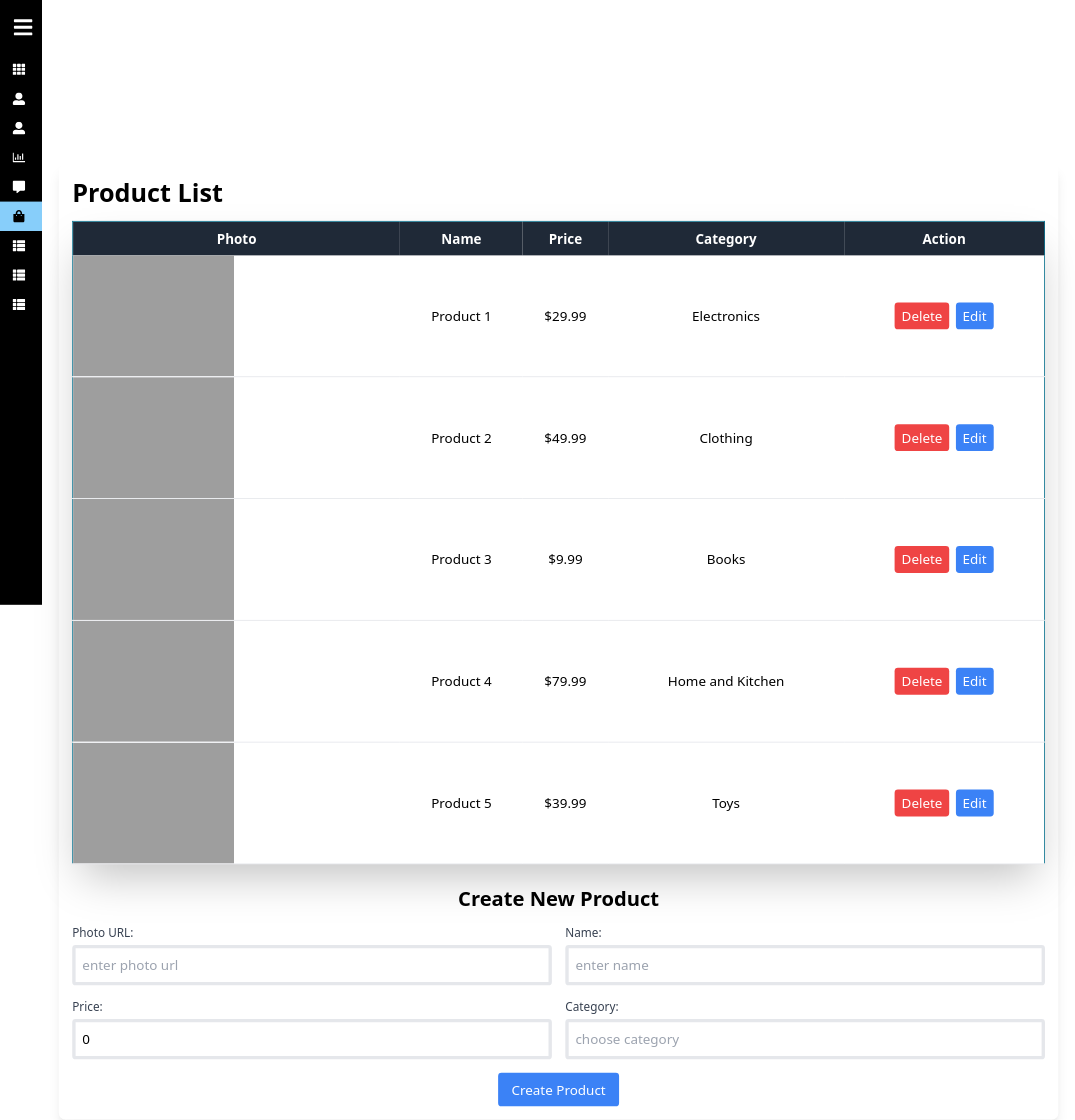
Repository: AndargWorku12/admin-dashboard
Page: /product
The author's editor kept a copy of each file at every save. The page is drawn from the files as they stood at one save, then again after the next save.
The browser window is 1280 px wide. The pictures show the whole page, at 84% of full size.
Pictures or frames that could not be fetched are drawn as grey boxes. The project was rebuilt for these pictures with package versions that can differ from the ones it lists, and the page was loaded fresh each time. Also part of the build but not shown: src/pages/Dashboard.tsx, src/pages/Orders.tsx, src/pages/Category.tsx, src/pages/Login.tsx, src/pages/Analytics.tsx, src/pages/CustemerReview.tsx, src/pages/ShopCard.tsx, src/pages/SignUpForm.tsx.

Above is the page before, as saved 2024-01-25 23:59:40.

### src/index.tsx
import { ColorModeScript } from "@chakra-ui/react"
import * as React from "react"
import * as ReactDOM from "react-dom/client"
import App from "./App"
import './index.css'

const container = document.getElementById("root")
if (!container) throw new Error('Failed to find the root element');
const root = ReactDOM.createRoot(container)

root.render(

  <React.StrictMode>
    <ColorModeScript />
    <App />
  </React.StrictMode>,

)

### src/App.tsx

import React, {useState} from 'react';
import { BrowserRouter, Route, Routes } from 'react-router-dom';
import Sidebar from './components/Sidebar';
import Dashboard from './pages/Dashboard';
// import SignUpForm from './pages/LoginPopup'
import Orders from './pages/Orders';
import Category from './pages/Category';
import Login from './pages/Login'
import Analytics from './pages/Analytics';
import CustemerReview from './pages/CustemerReview';
import ProductList from './pages/ProductList';
import ShopCard from './pages/ShopCard';
import './App.css'
import SignUpForm from './pages/SignUpForm';




type SaleData = {
  date: string;
  amount: number;
};

type RevenueData = {
  month: string;
  revenue: number;
};

type Product = {
    id: string;
    photo: string;
    name: string;
    price: number;
    category: string;
};

type Order = {
    id: string;
    productName: string;
    quantity: number;
    totalPrice: number;

};

type CategoryType = {
  id: string;
  photo:string;
  name: string;
};



// Sample props for components
type DashboardProps = {
  saleData: SaleData[];
  revenueData: RevenueData[];
  // ... other props
};

type AnalyticsProps = {
  salesData: SaleData[];
  // ... other props
};

type ProductProps = {
  products: Product[];
  onUpdate: (productId: string, updatedProduct: Product) => void;

};




type OrderProps = {
  orders: Order[];
  // ... other props
};

type CategoryProps = {
  categories: CategoryType[];
  // ... other props
};







const App: React.FC = () => {


// for the product page to handle
  const [products, setProducts] = useState<Product[]>([


    {
      id: '1',
      photo: 'https://img.ltwebstatic.com/images3_pi/2022/01/10/16417919016a32607182dd11dedeb77e8324b683e8_thumbnail_900x.webp',
      name: 'Product 1',
      price: 29.99,
      category: 'Electronics',
    },
    {
      id: '2',
      photo: 'https://img.ltwebstatic.com/images3_pi/2022/01/10/16417919016a32607182dd11dedeb77e8324b683e8_thumbnail_900x.webp',
      name: 'Product 2',
      price: 49.99,
      category: 'Clothing',
    },
    {
      id: '3',
      photo: 'https://img.ltwebstatic.com/images3_pi/2022/01/10/16417919016a32607182dd11dedeb77e8324b683e8_thumbnail_900x.webp',
      name: 'Product 3',
      price: 9.99,
      category: 'Books',
    },
    {
      id: '4',
      photo: 'https://img.ltwebstatic.com/images3_pi/2022/01/10/16417919016a32607182dd11dedeb77e8324b683e8_thumbnail_900x.webp',
      name: 'Product 4',
      price: 79.99,
      category: 'Home and Kitchen',
    },
    {
      id: '5',
      photo: 'https://img.ltwebstatic.com/images3_pi/2022/01/10/16417919016a32607182dd11dedeb77e8324b683e8_thumbnail_900x.webp',
      name: 'Product 5',
      price: 39.99,
      category: 'Toys',
    },



  ]);

  // Function to handle creating a new product
  const handleCreate = (newProduct: Product) => {
    setProducts((prevProducts) => [...prevProducts, newProduct]);
  };

  // Function to handle updating a product

  const handleUpdate = (productId: string, newName: string, newPrice: number) => {
    setProducts((prevProducts) =>
      prevProducts.map((product) =>
        product.id === productId
          ? { ...product, name: newName, price: newPrice }
          : product
      )
    );
  };



  // Function to handle deleting a product
  const handleDelete = (productId: string) => {
    setProducts((prevProducts) => prevProducts.filter((product) => product.id !== productId));
  };

//  for AnalyticsPage
// for category page


const [categories, setCategories] = useState<CategoryType[]>([
  {
    id: '1',
    photo: 'https://plus.unsplash.com/premium_photo-1661662850226-83c981ed4eba?w=500&auto=format&fit=crop&q=60&ixlib=rb-4.0.3&ixid=M3wxMjA3fDB8MHxzZWFyY2h8MXx8bGFwdG9wJTIwY29tcHV0ZXJ8ZW58MHx8MHx8fDA%3D',
    name: 'Category 1',
  },
  {
    id: '2',
    photo: 'https://plus.unsplash.com/premium_photo-1661662850226-83c981ed4eba?w=500&auto=format&fit=crop&q=60&ixlib=rb-4.0.3&ixid=M3wxMjA3fDB8MHxzZWFyY2h8MXx8bGFwdG9wJTIwY29tcHV0ZXJ8ZW58MHx8MHx8fDA%3D',
    name: 'Category 2',
  },
  {
    id: '3',
    photo: 'https://plus.unsplash.com/premium_photo-1661662850226-83c981ed4eba?w=500&auto=format&fit=crop&q=60&ixlib=rb-4.0.3&ixid=M3wxMjA3fDB8MHxzZWFyY2h8MXx8bGFwdG9wJTIwY29tcHV0ZXJ8ZW58MHx8MHx8fDA%3D',
    name: 'Category 3',
  },
  {
    id: '4',
    photo: 'https://plus.unsplash.com/premium_photo-1661662850226-83c981ed4eba?w=500&auto=format&fit=crop&q=60&ixlib=rb-4.0.3&ixid=M3wxMjA3fDB8MHxzZWFyY2h8MXx8bGFwdG9wJTIwY29tcHV0ZXJ8ZW58MHx8MHx8fDA%3D',
    name: 'Category 4',
  },

]);

// Function to handle creating a new category
// const handleCreateCategory = (newCategory: CategoryType) => {
//   setCategories((prevCategories) => [...prevCategories, newCategory]);
// };
const handleCreateCategory = (newCategory: CategoryType) => {
  // Add the new category to the list of categories
  setCategories((prevCategories) => [...prevCategories, newCategory]);
};

const handleUpdateCategory = (categoryId: string, newName: string) => {
  setCategories((prevCategories) =>
    prevCategories.map((category) =>
      category.id === categoryId ? { ...category, name: newName } : category
    )
  );
};

// Function to handle deleting a category
const handleDeleteCategory = (categoryId: string) => {
  setCategories((prevCategories) => prevCategories.filter((category) => category.id !== categoryId));
};

  const saleData: SaleData[] = [
    { date: '2022-01-01', amount: 100 },
    { date: '2022-01-02', amount: 150 },
    { date: '2022-01-03', amount: 200 },
    { date: '2022-01-04', amount: 120 },
    { date: '2022-01-05', amount: 180 },
    { date: '2022-01-06', amount: 90 },
    { date: '2022-01-07', amount: 110 },
    { date: '2022-01-08', amount: 130 },
    { date: '2022-01-09', amount: 170 },
    { date: '2022-01-10', amount: 160 },
  ];

  const revenueData: RevenueData[] = [
    { month: 'January', revenue: 500 },
    { month: 'February', revenue: 700 },
    { month: 'March', revenue: 600 },
    { month: 'April', revenue: 800 },
    { month: 'May', revenue: 900 },
    { month: 'June', revenue: 750 },
    { month: 'July', revenue: 850 },
    { month: 'August', revenue: 950 },
    { month: 'September', revenue: 700 },
    { month: 'October', revenue: 850 },
  ];


   const [orders, setOrders] = useState<Order[]>([
    {
      id: '1',
      productName: 'Laptop',
      quantity: 2,
      totalPrice: 2000,
    },
    {
      id: '2',
      productName: 'Smartphone',
      quantity: 3,
      totalPrice: 1200,
    },
    {
      id: '3',
      productName: 'Headphones',
      quantity: 1,
      totalPrice: 100,
    },
    {
      id: '4',
      productName: 'Camera',
      quantity: 1,
      totalPrice: 800,
    },

   ]);

  // Function to create a new order
  const handleCreateOrder = (newOrder: Order) => {
    setOrders((prevOrders) => [...prevOrders, newOrder]);
  };

  // Function to delete an order
  const handleDeleteOrder = (orderId: string) => {
    const updatedOrders = orders.filter(order => order.id !== orderId);
    setOrders(updatedOrders);
  };

  // Function to update an order
  const handleUpdateOrder = (orderId: string, updatedOrder: Order) => {
    // Placeholder implementation: Updating the order in the list
    setOrders((prevOrders) =>
      prevOrders.map((order) =>
        order.id === orderId ? { ...order, ...updatedOrder } : order
      )
    );
  };

  return (
    <BrowserRouter>
    <Sidebar>
      <Routes>
        <Route path="/" element={<Dashboard saleData={saleData} revenueData={revenueData} />} />
        <Route path="/dashboard" element={<Dashboard saleData={saleData} revenueData={revenueData} />} />
       <Route path="/login" element={<Login/>}/>
        <Route path="/signup" element={<SignUpForm />} />
        <Route path="/review"element={<CustemerReview username="John" joinedDate="2022-01-01" reviewDate="2022-01-15" reviewText="Lorem ipsum" />}
/>

        <Route path="/analytics" element={<Analytics saleData={saleData} />} />
        <Route
  path="/product"
  element={<ProductList products={products} onCreate={handleCreate} onDelete={handleDelete} onUpdate={handleUpdate} />}
/>
        <Route path="/shop" element={<ShopCard />} />
        <Route
        path="/orders"
        element={
          <Orders
  orders={orders}
  onCreateOrder={handleCreateOrder}
  onDeleteOrder={handleDeleteOrder}
  onUpdateOrder={handleUpdateOrder}
/>
        }
      />

        <Route
            path="/category"
            element={<Category
              categories={categories}
              onCreate={handleCreateCategory}
              onDelete={handleDeleteCategory}
              onUpdate={handleUpdateCategory}
            />}
          />

      </Routes>
    </Sidebar>
  </BrowserRouter>
  );
};

export default App;

### src/components/Sidebar.tsx
import React, { useState } from 'react';
import ReactNode from "react";
import {
    FaTh,
    FaBars,
    FaUserAlt,
    FaRegChartBar,
    FaCommentAlt,
    FaShoppingBag,
    FaThList
} from 'react-icons/fa';
import { NavLink, NavLinkProps } from 'react-router-dom';



interface MenuItem {
    path: string;
    name: string;
    icon: JSX.Element;
}

interface SidebarProps {
  children: React.ReactNode;
}
    const Sidebar: React.FC<React.PropsWithChildren<{}>> = ({ children }) => {
    const [isOpen, setIsOpen] = useState(false);

    const toggle = () => setIsOpen(!isOpen);

    const menuItems: MenuItem[] = [
        {
            path: '/',
            name: 'Dashboard',
            icon: <FaTh />,
        },
        {
            path: '/login',
            name: 'Login',
            icon: <FaUserAlt />,
        },
        {
          path: '/signup',
          name: 'Register form',
          icon: <FaUserAlt />,
      },
        {
            path: '/analytics',
            name: 'Analytics',
            icon: <FaRegChartBar />,
        },
        {
            path: '/review',
            name: 'CustemerReview',
            icon: <FaCommentAlt />,
        },
        {
            path: '/product',
            name: 'Product',
            icon: <FaShoppingBag />,
        },
        {
            path: '/category',
            name: 'Category List',
            icon: <FaThList />,
        },
        {
          path: '/orders',
          name: 'Orders',
          icon: <FaThList />,
      },
      {
        path: '/shop',
        name: 'Sample product',
        icon: <FaThList />,
    },
    ];

    return (
        <div className="container">
            <div style={{ width: isOpen ? '200px' : '50px' }} className="sidebar">
                <div className="top_section">
                    <h1 style={{ display: isOpen ? 'block' : 'none' }} className="logo">
                        Logo
                    </h1>
                    <div style={{ marginLeft: isOpen ? '50px' : '0px' }} className="bars">
                        <FaBars onClick={toggle} />
                    </div>
                </div>
                {menuItems.map((item, index) => (
                    <NavLink to={item.path} key={index} className="link"
                    //  activeClassName="active"
                     >
                        <div className="icon">{item.icon}</div>
                        <div style={{ display: isOpen ? 'block' : 'none' }} className="link_text text-sm">
                            {item.name}
                        </div>
                    </NavLink>
                ))}
            </div>
            <main>{children}</main>
        </div>
    );
};

export default Sidebar;

### src/pages/ProductList.tsx
import React, { useState } from 'react';

interface Product {
  id: string;
  photo: string;
  name: string;
  price: number;
  category: string;
}

interface ProductListProps {
  products: Product[];
  onCreate: (newProduct: Omit<Product, 'id'> & { id?: string }) => void;
  onDelete: (productId: string) => void;
  onUpdate: (productId: string, newName: string, newPrice: number) => void;
}

const ProductList: React.FC<ProductListProps> = ({ products, onCreate, onDelete, onUpdate }) => {
  const [newProduct, setNewProduct] = useState<Omit<Product, 'id'> & { id?: string }>({
    photo: '',
    name: '',
    price: 0,
    category: '',
  });
  const [editingProduct, setEditingProduct] = useState<Product | null>(null);

  const handleCreateProduct = () => {
    onCreate({ ...newProduct, id: Date.now().toString() });
    setNewProduct({
      photo: '',
      name: '',
      price: 0,
      category: '',
    });
  };

  const handleUpdateProduct = () => {
    if (editingProduct) {
      onUpdate(editingProduct.id, editingProduct.name, editingProduct.price);
      setEditingProduct(null);
    }
  };

  const handleDeleteProduct = (id: string) => {
    onDelete(id);
  };

  const handleEditProduct = (product: Product) => {
    setEditingProduct(product);
  };

  return (
    <div className='flex items-center h-screen mt-96'>
    <div className="container mx-auto my-8 p-4 bg-white shadow-lg rounded-lg block gap-64 text-center">
      <h2 className="text-3xl font-bold mb-4 text-left">Product List</h2>
      <table className="w-full border border-cyan-700 w-max-80 shadow-2xl">
        <thead>
          <tr className=' bg-gray-800 text-white'>
            <th className="py-2">Photo</th>
            <th className="py-2">Name</th>
            <th className="py-2">Price</th>
            <th className="py-2">Category</th>
            <th className="py-2">Action</th>
          </tr>
        </thead>
        <tbody>
          {products.map((product) => (
            <tr key={product.id} className="border-b">
              <td>
                <img src={product.photo} alt={product.name} className="w-48 h-36 object-cover" />
              </td>
              <td className="py-2">{product.name}</td>
              <td className="py-2">${product.price.toFixed(2)}</td>
              <td className="py-2">{product.category}</td>
              <td className="py-2">
                <button
                  onClick={() => handleDeleteProduct(product.id)}
                  className="bg-red-500 text-white px-2 py-1 rounded mr-2"
                >
                  Delete
                </button>
                <button
                  onClick={() => handleEditProduct(product)}
                  className="bg-blue-500 text-white px-2 py-1 rounded"
                >
                  Edit
                </button>
              </td>
            </tr>
          ))}
        </tbody>
      </table>

      <h2 className="text-2xl font-bold mt-6 mb-4">
        {editingProduct ? 'Edit Product' : 'Create New Product'}
      </h2>
      <div className="grid grid-cols-2 gap-4 text-start">
        <div>
          <label htmlFor="productPhoto" className="block text-sm font-medium text-gray-700">
            Photo URL:
          </label>
          <input
            type="text"
            id="productPhoto"
            placeholder='enter photo url'
            value={editingProduct ? editingProduct.photo : newProduct.photo}
            onChange={(e) =>
              editingProduct
                ? setEditingProduct({ ...editingProduct, photo: e.target.value })
                : setNewProduct({ ...newProduct, photo: e.target.value })
            }
            className="mt-1 p-2 border-4 rounded w-full"
          />
        </div>
        <div>
          <label htmlFor="productName" className="block text-sm font-medium text-gray-700">
            Name:
          </label>
          <input
            type="text"
            id="productName"
            placeholder='enter name'
            value={editingProduct ? editingProduct.name : newProduct.name}
            onChange={(e) =>
              editingProduct
                ? setEditingProduct({ ...editingProduct, name: e.target.value })
                : setNewProduct({ ...newProduct, name: e.target.value })
            }
            className="mt-1 p-2 border-4 rounded w-full"
          />
        </div>
        <div>
          <label htmlFor="productPrice" className="block text-sm font-medium text-gray-700">
            Price:
          </label>
          <input
            type="number"
            id="productPrice"
            placeholder='enter price'
            value={editingProduct ? editingProduct.price : newProduct.price}
            onChange={(e) =>
              editingProduct
                ? setEditingProduct({ ...editingProduct, price: +e.target.value })
                : setNewProduct({ ...newProduct, price: +e.target.value })
            }
            className="mt-1 p-2 border-4 rounded w-full"
          />
        </div>
        <div>
          <label htmlFor="productCategory" className="block text-sm font-medium text-gray-700">
            Category:
          </label>
          <input
            type="text"
            id="productCategory"
            placeholder='choose category'
            value={editingProduct ? editingProduct.category : newProduct.category}
            onChange={(e) =>
              editingProduct
                ? setEditingProduct({ ...editingProduct, category: e.target.value })
                : setNewProduct({ ...newProduct, category: e.target.value })
            }
            className="mt-1 p-2 border-4  rounded w-full"
          />
        </div>
      </div>
      <button
        onClick={editingProduct ? handleUpdateProduct : handleCreateProduct}
        className="mt-4 bg-blue-500 text-white px-4 py-2 rounded"
      >
        {editingProduct ? 'Update Product' : 'Create Product'}
      </button>
    </div>
    </div>
  );
};

export default ProductList;

### src/App.css
* {
    margin: 0;
    padding: 0;
    text-decoration: none;
}

.container {
    display: flex;
}

main {
    width: 100%;
    padding: 20px;
}

.sidebar {
    background: #000;
    color: #fff;
    height: 100vh;
    width: 200px;
    transition: all 0.5s;
}

.top_section {
    display: flex;
    align-items: center;
    padding: 20px 15px;
}

.logo {
    font-size: 30px;
}

.bars {
    display: flex;
    font-size: 25px;
    margin-left: 50px;
}

.link {
    display: flex;
    color: #fff;
    padding: 10px 15px;
    gap: 15px;
    transition: all 0.5s;
}

.link:hover {
    background: lightskyblue;
    color: #000;
    transition: all 0.5s;
}

.active {
    background: lightskyblue;
    color: #000;
}

.icon,
.link_text {
    font-size: 15px;
}

Loaded but not shown: public/index.html (common file); src/index.css (common file); tailwind.config.js (common file)

After the next save:
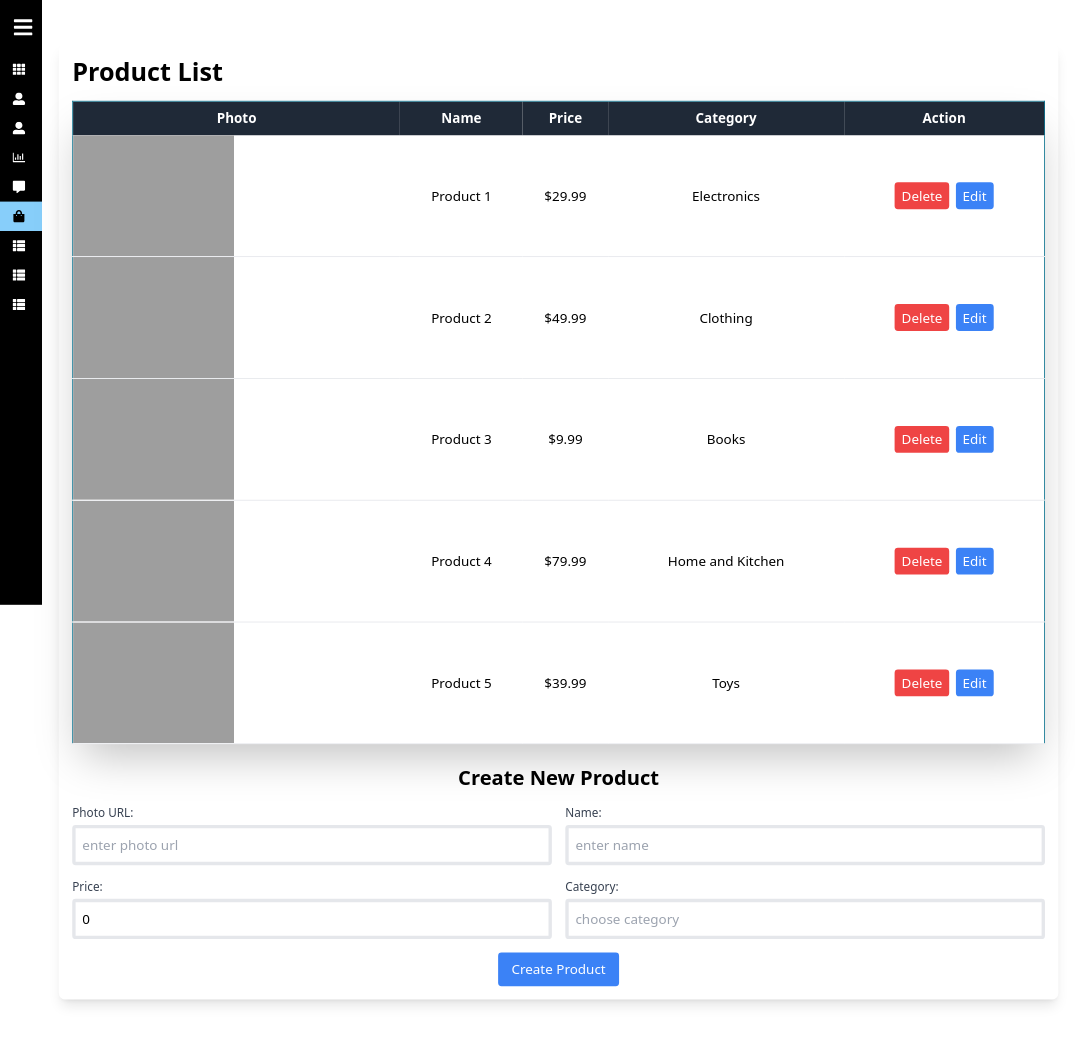
Saved 29 s later.
--- a/src/pages/ProductList.tsx
+++ b/src/pages/ProductList.tsx
@@ -50,7 +50,6 @@ const ProductList: React.FC<ProductListProps> = ({ products, onCreate, onDelete,
   };
 
   return (
-    <div className='flex items-center h-screen mt-96'>
     <div className="container mx-auto my-8 p-4 bg-white shadow-lg rounded-lg block gap-64 text-center">
       <h2 className="text-3xl font-bold mb-4 text-left">Product List</h2>
       <table className="w-full border border-cyan-700 w-max-80 shadow-2xl">
@@ -171,7 +170,6 @@ const ProductList: React.FC<ProductListProps> = ({ products, onCreate, onDelete,
         {editingProduct ? 'Update Product' : 'Create Product'}
       </button>
     </div>
-    </div>
   );
 };
 
